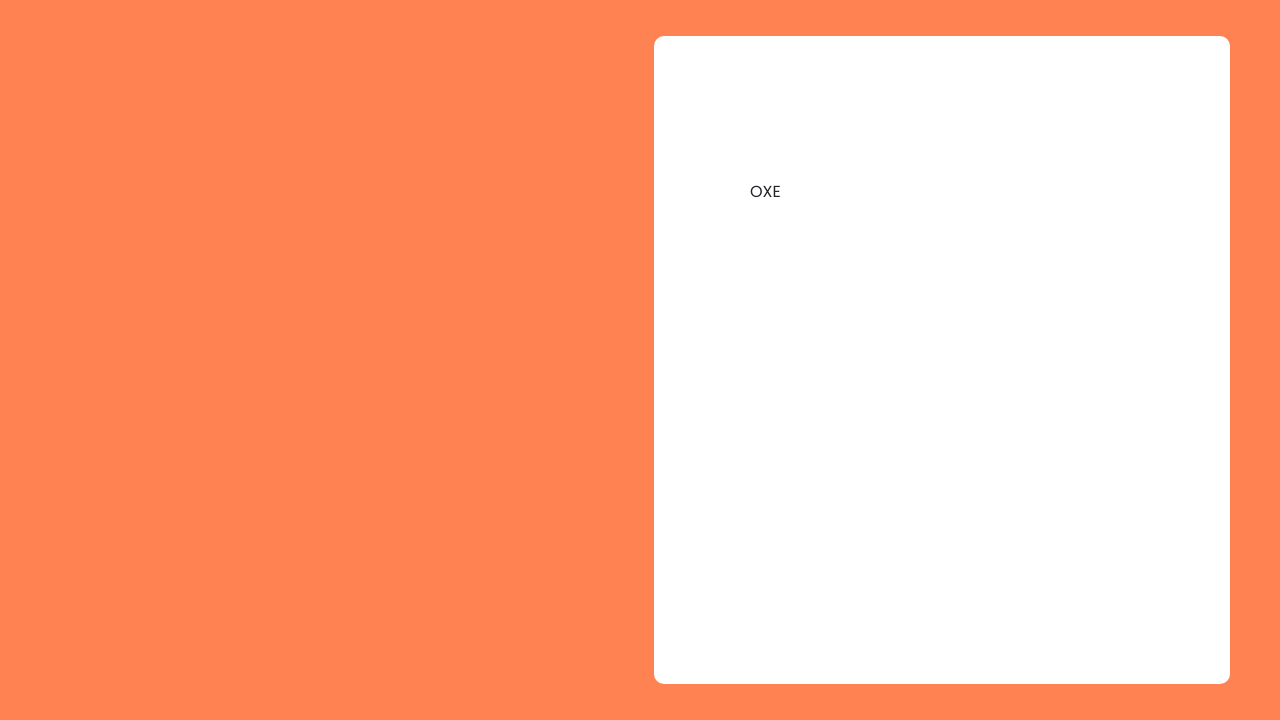
Repository: MilenaMelo/WebSite-PetCheers
Page: /login
These files come from the project's save history. The page is drawn as it stood at one moment and after the next save; the edit follows.
The browser window is 1280 px wide. The pictures show the whole page.
The project was rebuilt for these pictures with package versions that can differ from the ones it lists, and the page was loaded fresh each time.

Above is the page before, as saved 2020-08-26 22:35:34.

After the next save:
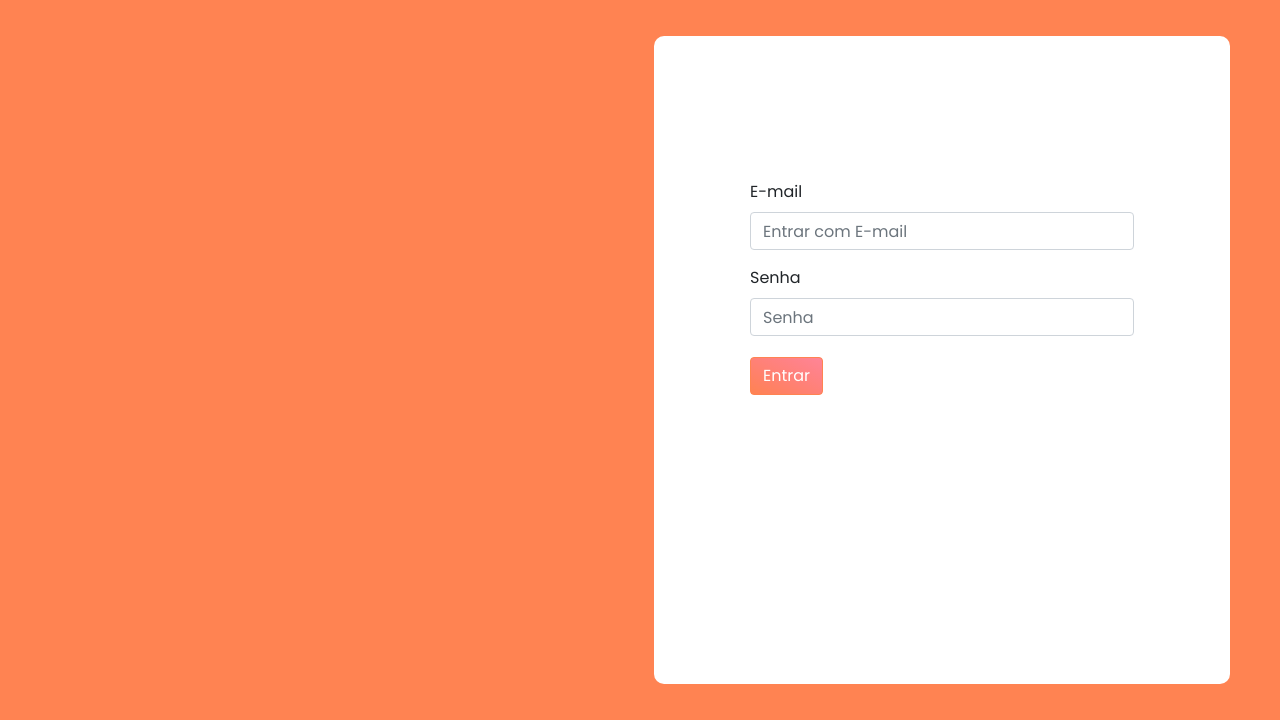
Saved 28 s later.
--- a/src/pages/login/Login.vue
+++ b/src/pages/login/Login.vue
@@ -5,50 +5,45 @@
     <div class="login-right">
       <!-- The @submit.prevent="doLogin()" makes to active the function listened to get the informations in firebase -->
       <form @submit.prevent="doLogin()" class="form-login">
-        <div  v-if="loading">
-            <div class="form-group">
-              <label for="exampleInputEmail1">E-mail</label>
-              <!-- The v-model directive will call the type 'email' and 'password'-->
-              <input
-                required
-                type="email"
-                v-model="email"
-                class="form-control"
-                id="exampleInputEmail1"
-                aria-describedby="emailHelp"
-                placeholder="Entrar com E-mail"
-              />
-              <small
-                id="emailHelp"
-                class="form-text text-muted"/>
-            </div>
-            <div class="form-group">
-              <label for="exampleInputPassword1">Senha</label>
-              <input
-                required
-                type="password"
-                v-model="password"
-                class="form-control"
-                id="exampleInputPassword1"
-                placeholder="Senha"
-              />
-            </div>
-            <!-- <div class="form-check">
-              <input type="checkbox" class="form-check-input" id="exampleCheck1" />
-              <label class="form-check-label" for="exampleCheck1">Lembre de mim</label>
-            </div> -->
-            <button type="submit" class="btn btn-primary">
-              <!-- <template v-if="loading">
-                <i class="fa fa-spinner fa-spin"></i>
-              </template>
-              <template v-else>
-                Entrar
-              </template> -->
-            </button>
+        <div class="form-group">
+          <label for="exampleInputEmail1">E-mail</label>
+          <!-- The v-model directive will call the type 'email' and 'password'-->
+          <input
+            required
+            type="email"
+            v-model="email"
+            class="form-control"
+            id="exampleInputEmail1"
+            aria-describedby="emailHelp"
+            placeholder="Entrar com E-mail"
+          />
+          <small
+            id="emailHelp"
+            class="form-text text-muted"/>
         </div>
-        <div v-else>
-          OXE
+        <div class="form-group">
+          <label for="exampleInputPassword1">Senha</label>
+          <input
+            required
+            type="password"
+            v-model="password"
+            class="form-control"
+            id="exampleInputPassword1"
+            placeholder="Senha"
+          />
         </div>
+        <!-- <div class="form-check">
+          <input type="checkbox" class="form-check-input" id="exampleCheck1" />
+          <label class="form-check-label" for="exampleCheck1">Lembre de mim</label>
+        </div> -->
+        <button type="submit" class="btn btn-primary">
+          <template v-if="loading">
+            <i class="fa fa-spinner fa-paw"></i>
+          </template>
+          <template v-else>
+            Entrar
+          </template>
+        </button>
       </form>
     </div>
   </div>
@@ -70,7 +65,7 @@ export default {
   methods: {
     // Async mMethod because has await the action of the auth()
     async doLogin () {
-      this.loading = false
+      this.loading = true
       // Use the firebase variable to authenticate by calling the auth(), authenticate method
       // signInWithEmailAndPassword() is a method
       // So, configure the authentication page in Firebase database and your
@@ -85,7 +80,7 @@ export default {
       } catch (err) {
         console.log(err)
       }
-      this.loading = true
+      this.loading = false
     }
   }
 }
